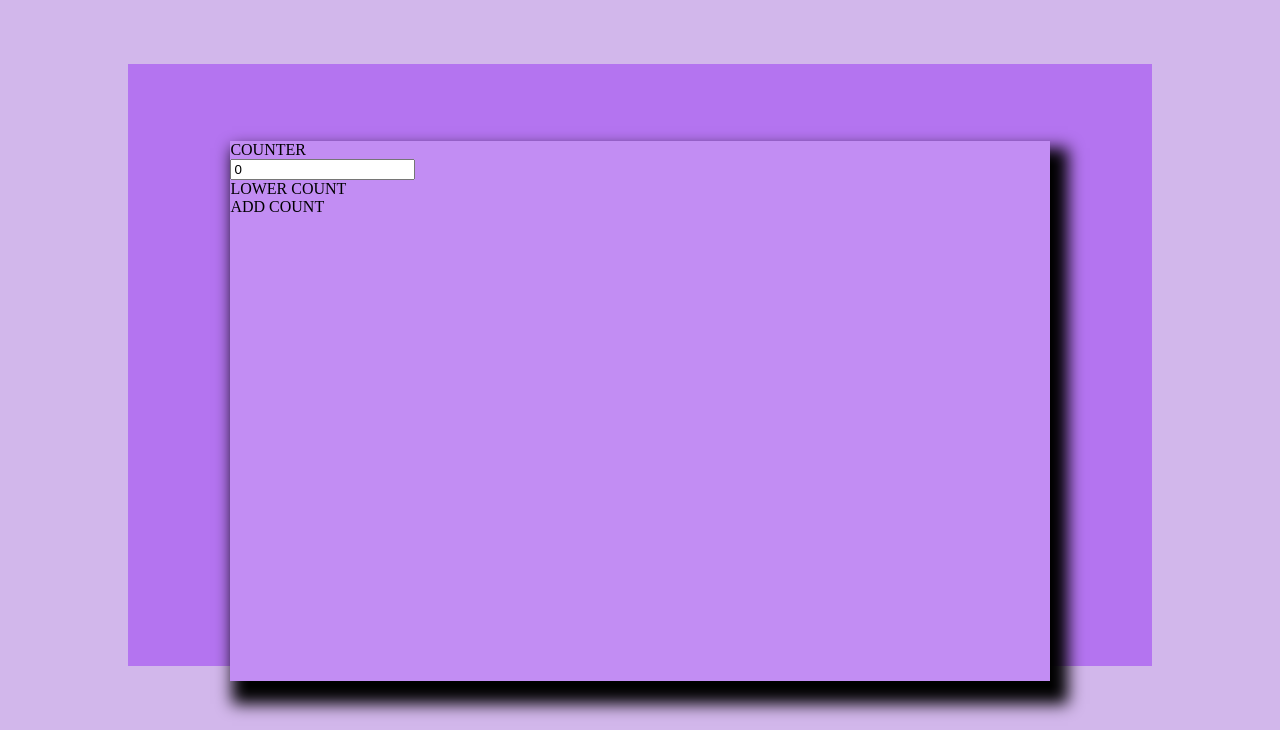
Repository: AnahitKhechumyan/Counter
Page: index.html
These files come from the project's save history. The page is drawn as it stood at one moment and after the next save; the edit follows.
The browser window is 1280 px wide. The pictures show the whole page.

Above is the page before, as saved 2022-02-14 17:07:30.

After the next save:
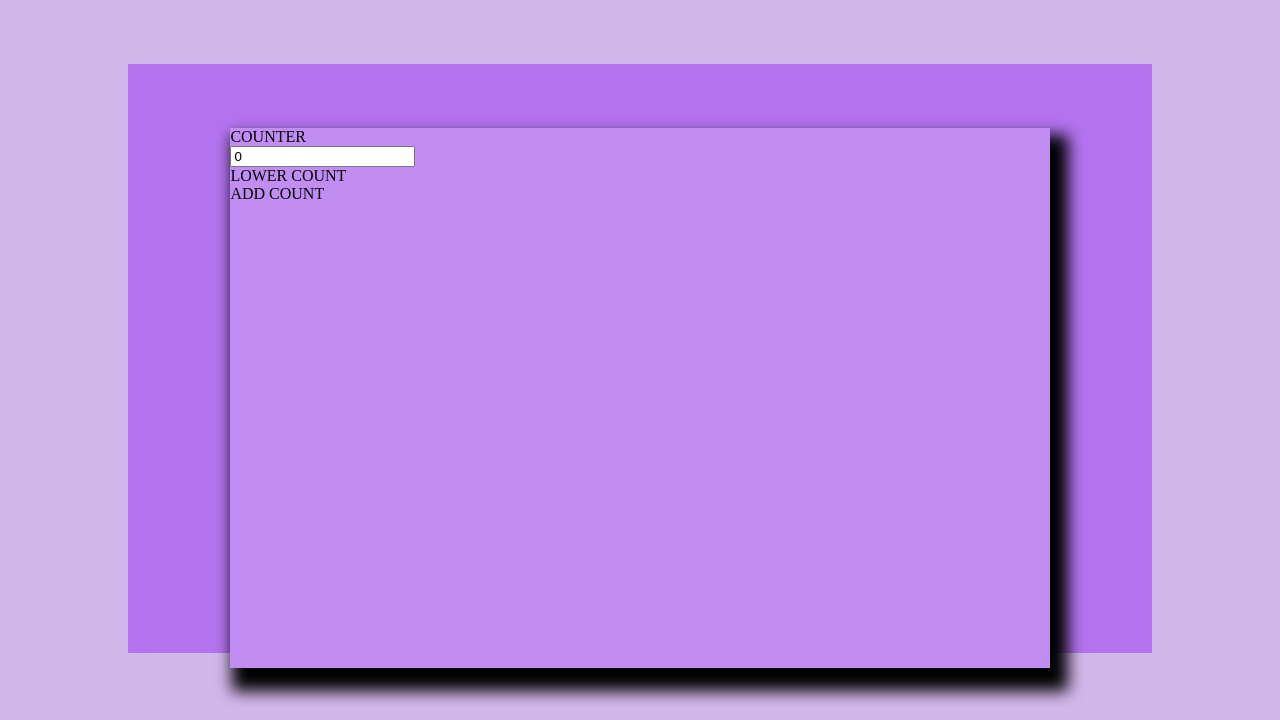
Saved 22 s later.
--- a/style.css
+++ b/style.css
@@ -7,7 +7,7 @@
     width: 80%;
     height: 80vh;
     margin: 5% 10%;
-    padding-top: 2%;
+    padding-top: 1%;
 
 }
 .main{
